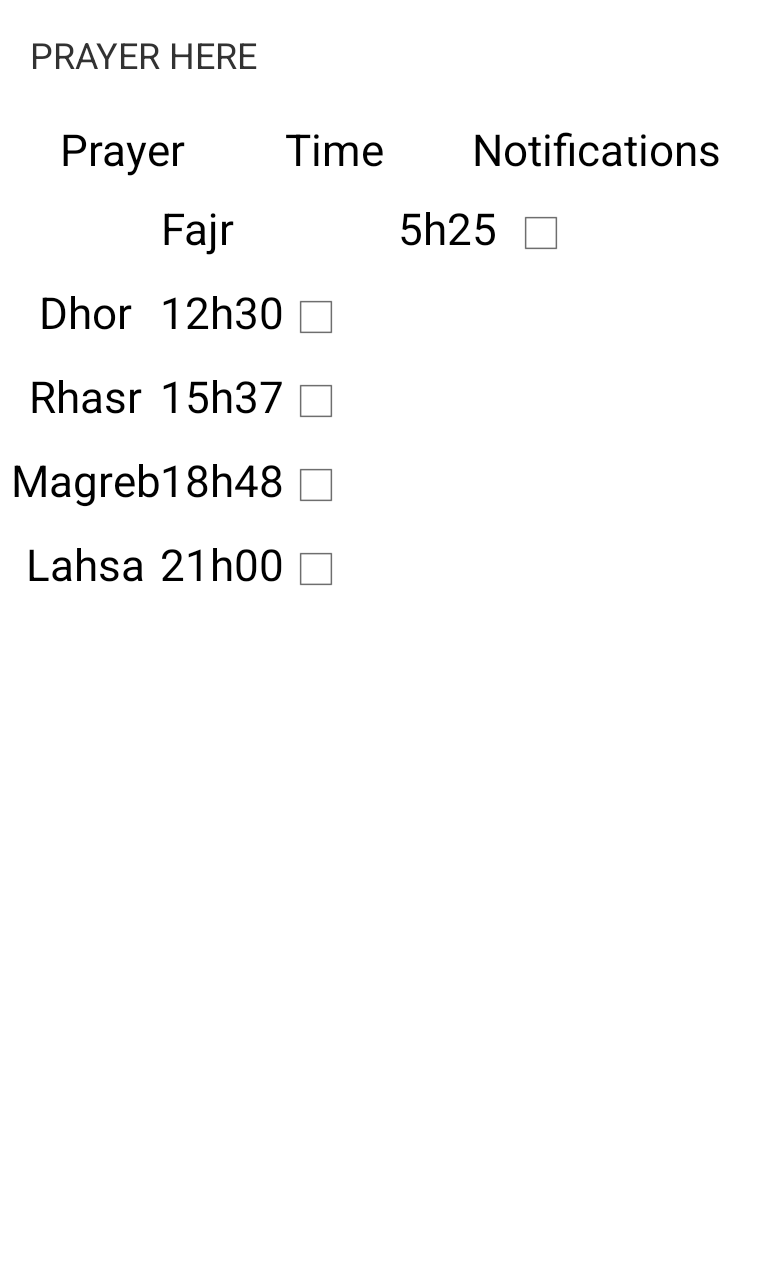
Repository: Osamah/Afstudeerwerk
Layout: NativeApp/SecondPillar/res/layout/activity_prayer.xml
The author's editor kept a copy of each file at every save. The layout is drawn from the files as they stood at one save, then again after the next save.
It is drawn on a 768 x 1280 px phone screen (xhdpi) without system bars, with theme AppTheme; the app's code is not run.

Above is the layout before, as saved 2012-12-27 23:59:21.

After the next save:
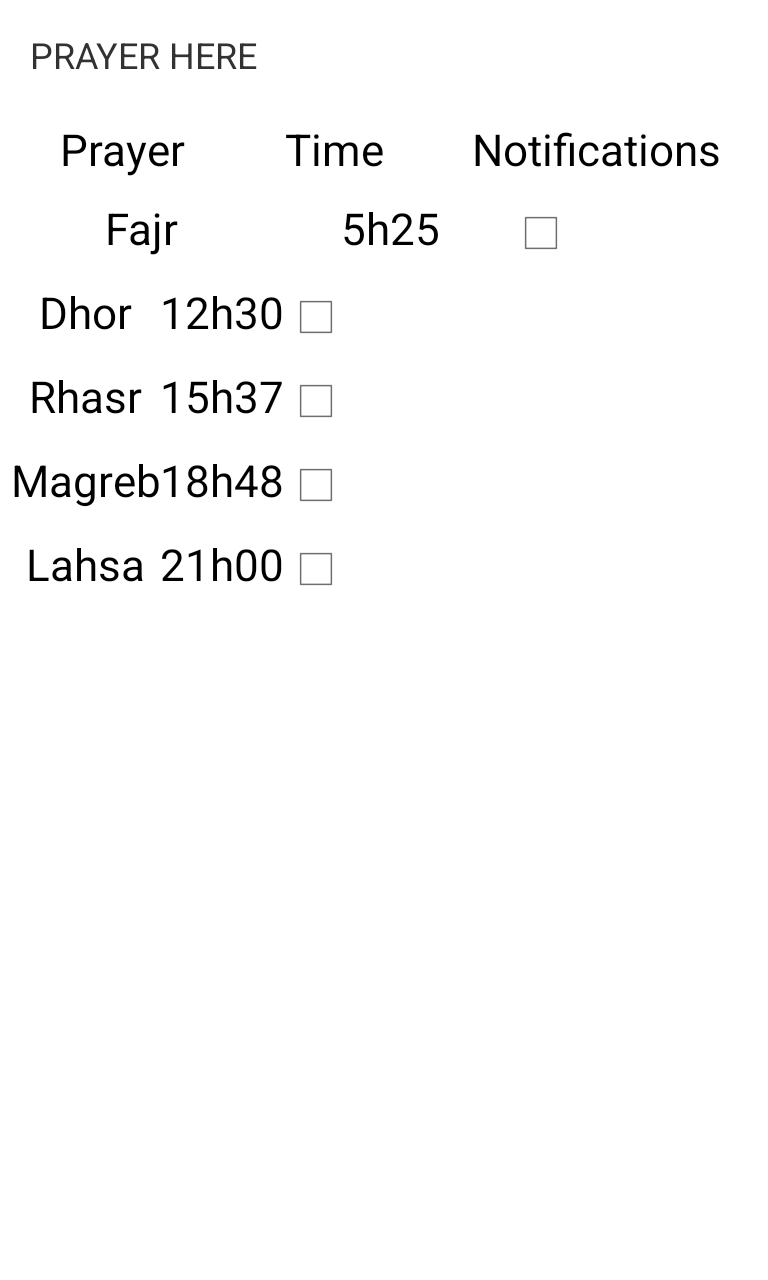
Saved 11 s later.
--- a/NativeApp/SecondPillar/res/layout/activity_prayer.xml
+++ b/NativeApp/SecondPillar/res/layout/activity_prayer.xml
@@ -60,7 +60,7 @@
             android:id="@+id/prayer1"
             android:text="@string/prayer1"
             android:textAppearance="?android:attr/textAppearanceLarge"
-              android:layout_weight="1"
+            android:layout_weight="1"
             android:gravity="center"
             />
 
@@ -68,6 +68,7 @@
             android:id="@+id/prayerTime1"
             android:text="@string/prayerTime1"
             android:textAppearance="?android:attr/textAppearanceLarge"
+            android:layout_weight="1"
             android:gravity="center"/>
 
         <CheckBox
